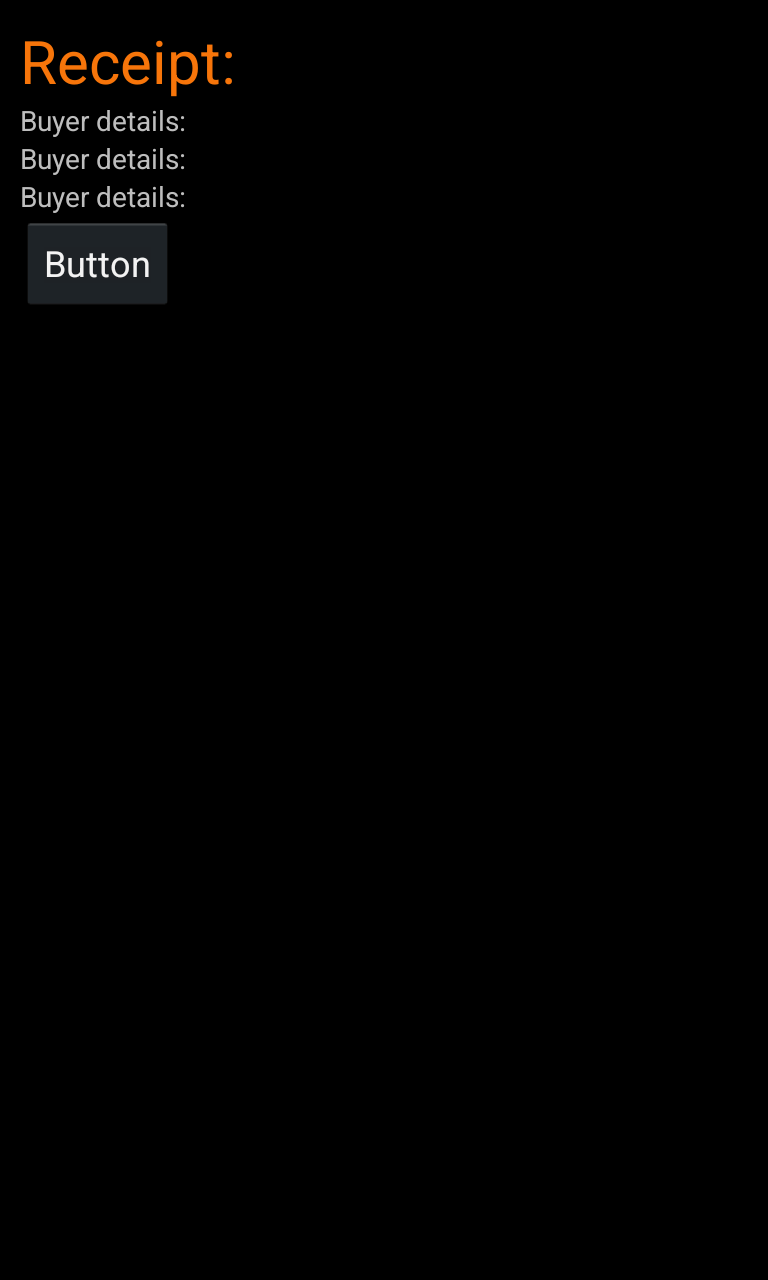
Repository: Adammdit/DT2283GUI
Layout: GunSmoke/res/layout/activity_receipt.xml
The author's editor kept a copy of each file at every save. The layout is drawn from the files as they stood at one save, then again after the next save.
It is drawn on a 768 x 1280 px phone screen (xhdpi) without system bars, with theme android:Theme.Holo; the app's code is not run.

Above is the layout before, as saved 2014-11-10 20:09:49.

### GunSmoke/res/layout/activity_receipt.xml

<LinearLayout xmlns:android="http://schemas.android.com/apk/res/android"
    xmlns:tools="http://schemas.android.com/tools"
    android:id="@+id/LinearLayout1"
    android:layout_width="match_parent"
    android:layout_height="match_parent"
    android:paddingBottom="10dp"
    android:paddingLeft="10dp"
    android:paddingRight="10dp"
    android:paddingTop="10dp"
    android:orientation="vertical" >

    <TextView
        android:layout_width="wrap_content"
        android:layout_height="wrap_content"
        android:textColor="#F7750A"
        android:text="Receipt:"
        android:textSize="30sp" />

    <TextView
        android:id="@+id/receiptName"
        android:layout_width="wrap_content"
        android:layout_height="wrap_content"
        android:text="@string/buyerDetails" />
    <TextView
        android:id="@+id/receiptLicence"
        android:layout_width="wrap_content"
        android:layout_height="wrap_content"
        android:text="@string/buyerDetails" />

    <TextView
        android:id="@+id/receiptEmail"
        android:layout_width="wrap_content"
        android:layout_height="wrap_content"
        android:text="@string/buyerDetails" />

    <Button
        android:id="@+id/confirm"
        android:layout_width="wrap_content"
        android:layout_height="wrap_content"
        android:layout_marginBottom="120dp"
        android:text="Button" />

</LinearLayout>

### GunSmoke/res/values/strings.xml
<?xml version="1.0" encoding="utf-8"?>
<resources>

    <string name="app_name">GunSmoke</string>
    <string name="title">Details form:</string>
    <string name="mainLabel">Main list</string>
    <string name="nameLabel">NAME : </string>
    <string name="licenceLabel">LICENCE NO : </string>
    <string name="ageLabel">AGE : </string>
    <string name="emailLabel">EMAIL : </string>
    <string name="budgetLabel">BUDGET : </string>
    <string name="female">Female</string>
    <string name="male">Male</string>
    <string name="buttonLabel">Continue</string>
    <string name="title_activity_splash_screen">SplashScreen</string>
    <string name="splash_info">All prices excludes vat = 21%</string>
    <string name="title_activity_details_form">DetailsForm</string>
    <string name="budgetHint">Enter available budget</string>
    <string name="emailHint">Enter your email address</string>
    <string name="ageHint">Enter your age</string>
    <string name="formInfo">Please register first :</string>
    <string name="nameHint">Enter your name</string>
    <string name="title_activity_receipt">Receipt</string>
    <string name="buyerDetails">Buyer details:</string>
    <string name="licenceHint">Enter licence no</string>

    <!-- List of job titles -->
    <string-array name="jobTitles">
        <item>Select your job</item>
        <item>Accountancy, banking and finance</item>
        <item>Animal and plant resources</item>
        <item>Advertising, marketing and PR</item>
        <item>Business, consulting and management</item>
        <item>Charity and voluntary work</item>
        <item>Creative arts and design</item>
        <item>Education</item>
        <item>Engineering, manufacturing and production</item>
        <item>Healthcare</item>
        <item>Human resources and employment</item>
        <item>Information services</item>
        <item>Information technology</item>
        <item>Insurance and pensions</item>
        <item>Law</item>
        <item>Leisure, sport and tourism</item>
        <item>Media and broadcasting</item>
        <item>Performing arts</item>
        <item>Publishing and journalism</item>
        <item>Scientific services</item>
        <item>Transport, logistics and distribution</item>
    </string-array>
    <!-- Melee weapones -->
    <string-array name="melee">
        <item>Knife</item>
        <item>Machete</item>
        <item>Maltador</item>
        <item>Galstead</item>
        <item>Throwing knife</item>
        <item>Ubuntu</item>
        <item>Windows7</item>
        <item>Max OS X</item>
        <item>Linux</item>
        <item>OS/2</item>
    </string-array>



</resources>

After the next save:
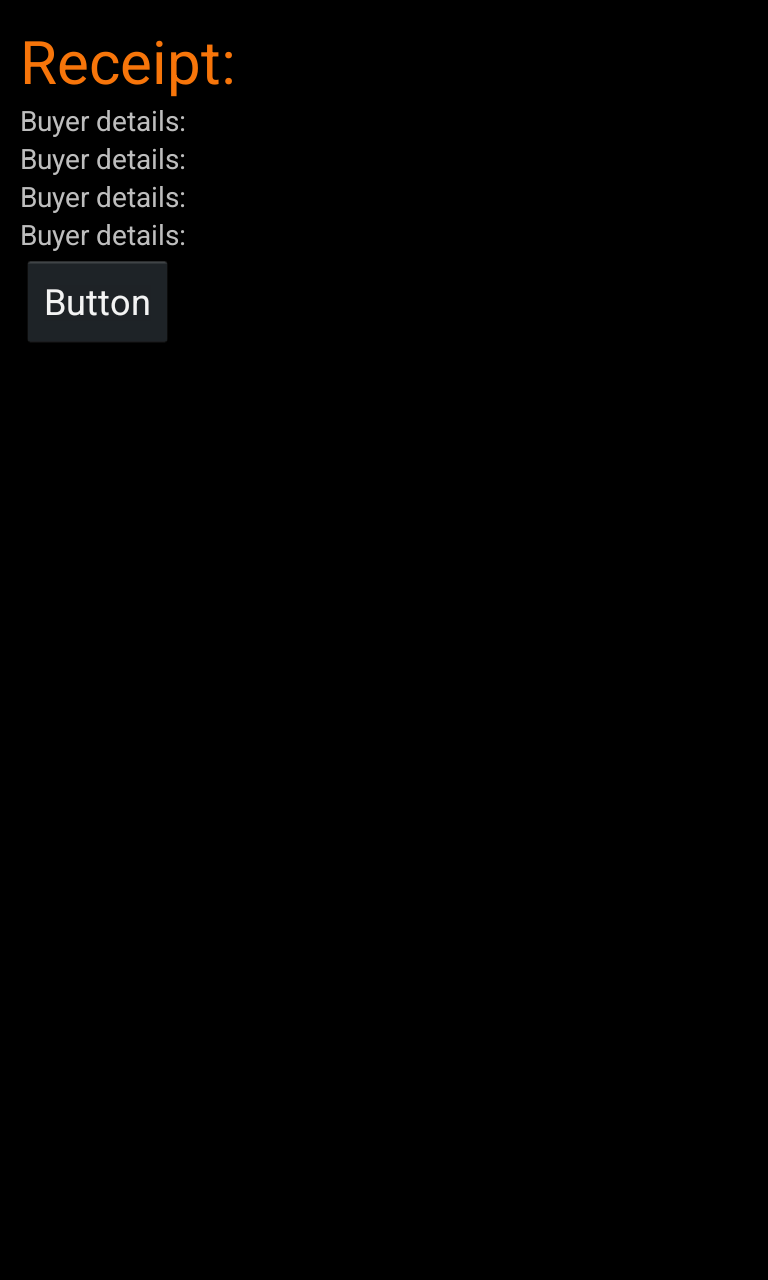
Saved 8 min 17 s later.
--- a/GunSmoke/res/layout/activity_receipt.xml
+++ b/GunSmoke/res/layout/activity_receipt.xml
@@ -33,6 +33,11 @@
         android:layout_width="wrap_content"
         android:layout_height="wrap_content"
         android:text="@string/buyerDetails" />
+    <TextView
+        android:id="@+id/soldItems"
+        android:layout_width="wrap_content"
+        android:layout_height="wrap_content"
+        android:text="@string/buyerDetails" />
 
     <Button
         android:id="@+id/confirm"
